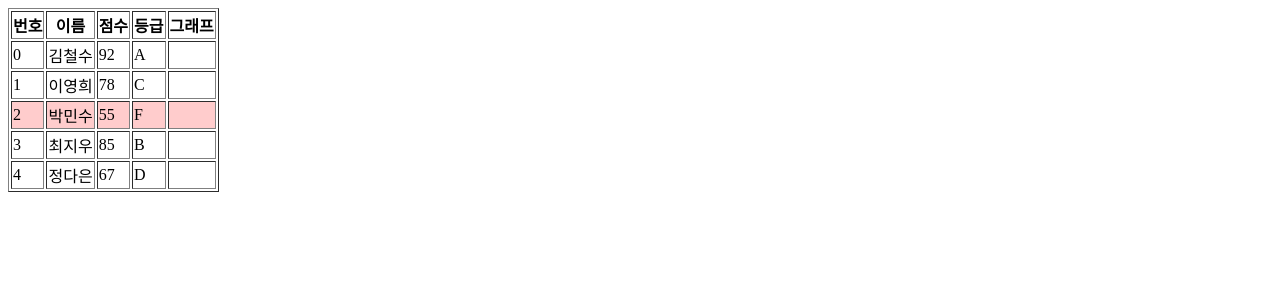
Repository: hyeongu135-ui/Jsp2026
Page: http://localhost/chapter01/example_score.jsp
The author's editor kept a copy of each file at every save. The page is drawn from the files as they stood at one save, then again after the next save.
The browser window is 1280 px wide. The pictures show the whole page.
The page is served by Tomcat 9.

Above is the page before, as saved 2026-10-16 05:33:37.

After the next save:
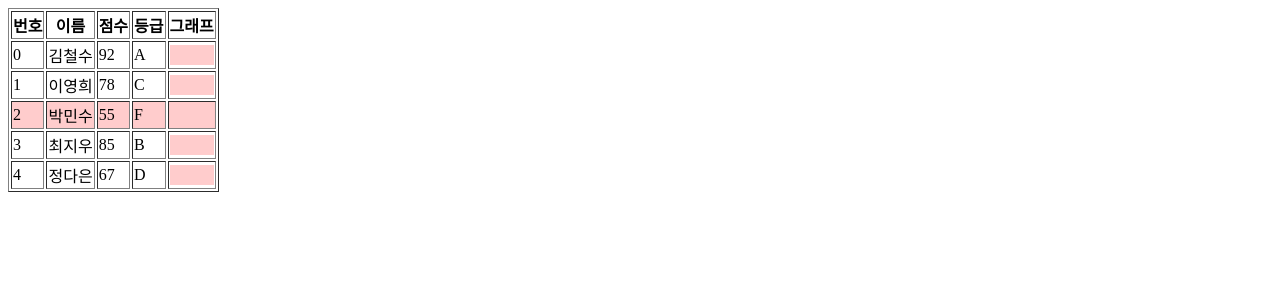
Saved 4 min 53 s later.
--- a/chapter01/src/main/webapp/example_score.jsp
+++ b/chapter01/src/main/webapp/example_score.jsp
@@ -38,16 +38,15 @@
 			<td><%=name[i]%></td>
 			<td><%=scores[i]%></td>
 			<td><%= getGrade(scores[i]) %></td>
-			<td><div style="width:<%= scores[i] * 3 %>; height:20; background-color:#ffcccc;"></div></td>
+			<td><div style="width:<%= scores[i] * 3 %>; height:20px; background-color:#ffcccc;"></div></td>
 		</tr>
 		<%}else{ %>
 		<tr>
 			<td><%=i%></td>
 			<td><%=name[i]%></td>
 			<td><%=scores[i]%></td>
-			<td><%= getGrade(scores[i]) %></td>
-			<td><div
-					style="width:<%= scores[i] * 3 %>; height:20; background-color:#ffcccc;"></div></td>
+			<td><%=getGrade(scores[i]) %></td>
+			<td><div style="width:<%= scores[i] * 3 %>; height:20px; background-color:#ffcccc;"></div></td>
 		</tr>
 		<% } %>
 		<%} %>
